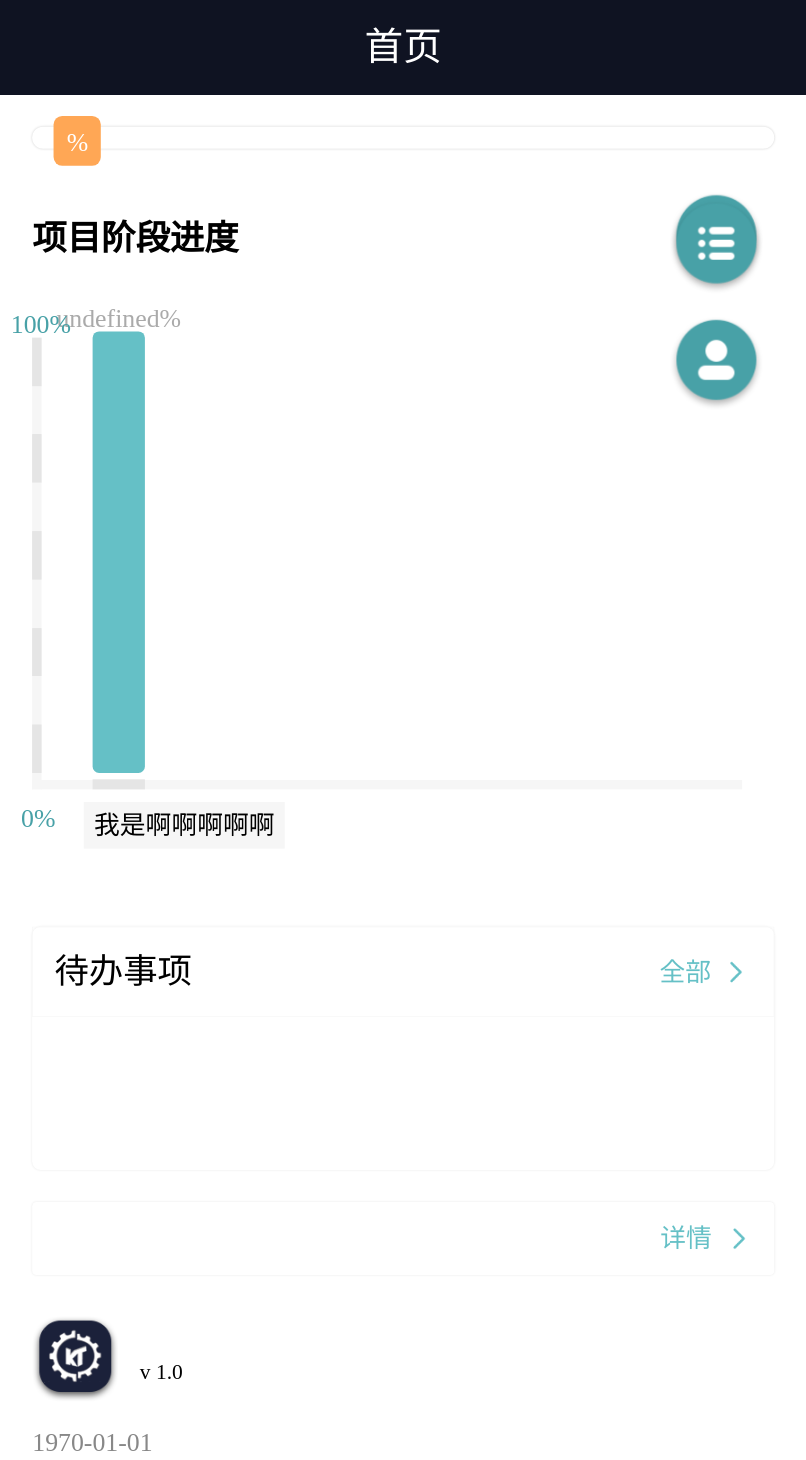
Repository: 421538074/idash.top
Page: index.html
These files come from the project's save history. The page is drawn as it stood at one moment and after the next save; the edit follows.
The browser window is 1280 px wide. The pictures show the whole page, at 63% of full size.
The page's requests for data from a server got no answer.

Above is the page before, as saved 2019-05-20 17:23:50.

### index.html
<!DOCTYPE html>
<html lang="en">

<head>
    <meta charset="UTF-8">
    <meta content="width=device-width, initial-scale=1.0, maximum-scale=1.0, user-scalable=0;" name="viewport" />
    <meta http-equiv="X-UA-Compatible" content="ie=edge">
    <title>客户查询系统</title>
    <link rel="stylesheet" href="css/components.css">
    <link rel="stylesheet" href="css/reset.css">
    <link rel="stylesheet" href="css/index.css?v=1.0.0">
</head>

<body>
    <div id="app" v-cloak>
        <div class="index_header">
            <span>首页</span>
        </div>
        <cy-bar :num="rate +'%'"></cy-bar>
        <div class="sheet">
            <h4>项目阶段进度</h4>
            <div id="project-progress">
                <cp-cylind :percent-list="percentList" @go-detail="goDetail(arguments)"></cp-cylind>
            </div>
        </div>

        <div class="nav">
            <div class="nav_top">
                <p v-cloak>待办事项</p>
                <div class="nav_top_more" @click="projectDetail">
                    <span>全部</span>
                    <img src="img/右.png" alt="">
                </div>
            </div>
            <div class="nav_bot">
                <ul class="uu">
                    <li class="lis" v-for="(item,index) in arr">
                        <span></span>
                        <span class="liSpan" v-cloak>【{{item.process}}】<i>{{item.handle_status==1?"待处理":"完成"}}</i>-{{item.question}}</span>
                    </li>
                </ul>
                <div class="index_one">暂无待办事项</div>
            </div>
        </div>
        <div class="project-info-wrapper">
            <p class="project-title" v-cloak>{{title}}</p>
            <a href="javascript:;" @click="goInfo" class="project-detail">详情</a>
            <img src="img/右.png" class="arrow-right">
        </div>
        <div class="content">
            <div class="content_logo">
                <img src="img/logo.png" alt="">
                <span>v 1.0</span>
            </div>
            <p v-cloak>{{title}}</p>
            <p v-cloak>{{end_time | filterTime}}</p>

        </div>

        <div class="content_title" @click="requireChange">
        </div>
        <div class="content_btn">
            <p @click="goIndex"></p>
            <p @click="goUser"></p>
        </div>
    </div>
</body>
<script src="js/jquery.min.js"></script>
<script src="js/development/vue.js"></script>
<script src="js/components.js"></script>
<script src="js/api.js"></script>
<script src="js/index.js"></script>
<script src="http://res.wx.qq.com/open/js/jweixin-1.2.0.js"></script>
</html>

### css/components.css
* {
    -webkit-box-sizing: border-box;
    box-sizing: border-box;
}

[v-cloak] {
    display: none;
}

html,
body {
    font-size: calc(100vw / 25);
    background-color: #FFFFFF;
}

/**
*根组件app
*/
.container {
    padding: 1rem;
    line-height: 1rem;
}

/**
*返回键
*/
button.cp-back {
    border: none;
    background: url(../img/back1.png) no-repeat;
    background-size: 100%;
    width: 4rem;
    height: 4rem;
    display: -webkit-box;
    display: -ms-flexbox;
    display: flex;
    -webkit-box-align: center;
    -ms-flex-align: center;
    align-items: center;
    -webkit-box-pack: center;
    -ms-flex-pack: center;
    justify-content: center;
    position: fixed;
    left: 1rem;
    bottom: 1rem;
    outline: 0;
}

/**
*tab页
*/
ul.cp-tabbar {
    display: block;
    overflow-x: scroll;
    overflow-y: hidden;
    white-space: nowrap;
}

ul.cp-tabbar::-webkit-scrollbar {
    width: 0;
    height: 0;
}

li.cp-tabbar-item {
    background: #f6f6f6;
    color: #888888;
    padding: 0.8rem 1.2rem;
    border-radius: 0.5rem;
    font-size: 1rem;
    display: inline-block;
}

li.cp-tabbar-item.active {
    background: #65c0c6;
    color: #FFFFFF;
}

li.cp-tabbar-item:not(:first-child) {
    margin-left: 1rem;
}

/**
*项目列表
*/
ul.cp-list::-webkit-scrollbar {
    width: 0;
    height: 0;
}

ul.cp-list {
    height: calc(100vh - 5.2rem);
    overflow: scroll;
    margin-top: 0.2rem;
    padding: 0.2rem;
}

li.cp-list-item {
    display: -webkit-box;
    display: -ms-flexbox;
    display: flex;
    -webkit-box-align: center;
    -ms-flex-align: center;
    align-items: center;
}

img.item-icon {
    width: 2.5em;
}

li.cp-list-item.arrow-right {
    background: url(../img/arrow-right.png) no-repeat;
    background-position: 98%;
    background-size: 0.8em;
    padding: 1em 0.5em;
    -webkit-box-shadow: 0 0 4px 0 rgba(0, 0, 0, 0.20);
    box-shadow: 0 0 4px 0 rgba(0, 0, 0, 0.20);
    border-radius: 0.5em;
    margin-top: 1em;
}

li.cp-list-item:active {
    background-color: #f6f6f6;
}

p.item-title {
    font-size: 1.2em;
    padding-left: 1em;
    overflow: hidden;
    text-overflow: ellipsis;
    line-height: 1.5em;
    white-space: nowrap;
    padding-right: 1em;
}

/**
*柱形图
*/
.cp-cylind {
    width: 100%;
    height: 14em;
    position: relative;
    border: 0.3em solid #f6f6f6;
    border-top: 0;
    border-right: 0;
    border-color: #f6f6f6;
}

.cp-cylind-bottom {
    position: absolute;
    line-height: 0;
    height: 0.3em;
    bottom: -0.2em;
    width: 100%;
}

.cp-cylind-bottom-thumb {
    width: 8%;
    background-color: #e5e5e5;
    height: 100%;
    display: inline-block;
    margin-left: 6%;
}

.cp-cylind-left {
    height: 100%;
    width: 0.3em;
    position: absolute;
    left: -0.3em;
    top: 0;
}

.cp-cylind-left-thumb {
    width: 100%;
    height: 1.5em;
    margin-bottom: 1.5em;
    background: #e5e5e5;
    display: block;
}

span.cp-cylind-per-top {
    position: absolute;
    left: -1.2em;
    z-index: 11;
    top: -1em;
    color: #48A1A7;
    font-size: 0.8em;
    line-height: 1em;
}

span.cp-cylind-per-bottom {
    position: absolute;
    bottom: -2em;
    left: -0.8em;
    color: #48A1A7;
    font-size: 0.8em;
    line-height: 1em;
}

.cp-cylind-chart-scroll-container {
    height: 17em;
    top: -1em;
    position: relative;
    overflow: hidden;
    overflow-x: scroll;
    white-space: nowrap;
}

.cp-cylind-chart-item {
    display: inline-block;
    width: 10%;
    margin-left: 6%;
    height: 100%;
    text-align: center;
}

.cp-cylind-item-percent {
    height: 100%;
    background: #65C0C6;
    width: 75%;
    border-radius: 0.2em;
}

.cp-cylind-item-container {
    height: 14.5em;
    display: flex;
    flex-direction: column;
    justify-content: flex-end;
    align-items: center;
}

.cp-cylind-thumb {
    width: 75%;
    height: 0.3em;
    background: #e5e5e5;
    margin: 0 auto;
    margin-top: 0.2em;

}

.cp-cylind-chart-scroll-container::-webkit-scrollbar {
    width: 0;
    height: 0;
}

.cp-cylind-item-title {
    display: inline-block;
    background: #F6F6F6;
    padding: 0.4em;
    font-size: 0.8em;
    margin-top: 0.5em;
}

span.cp-cylind-item-percent-title {
    font-size: 0.8em;
    color: #AAAAAA;
}

span.cp-cylind-item-percent-title.not-full {
    color: #000000;
}

### css/reset.css
/* http://meyerweb.com/eric/tools/css/reset/
   v2.0 | 20110126
   License: none (public domain)
*/

html,
body,
div,
span,
applet,
object,
iframe,
h1,
h2,
h3,
h4,
h5,
h6,
p,
blockquote,
pre,
a,
abbr,
acronym,
address,
big,
cite,
code,
del,
dfn,
em,
img,
ins,
kbd,
q,
s,
samp,
small,
strike,
strong,
sub,
sup,
tt,
var,
b,
u,
i,
center,
dl,
dt,
dd,
ol,
ul,
li,
fieldset,
form,
label,
legend,
table,
caption,
tbody,
tfoot,
thead,
tr,
th,
td,
article,
aside,
canvas,
details,
embed,
figure,
figcaption,
footer,
header,
hgroup,
menu,
nav,
output,
ruby,
section,
summary,
time,
mark,
audio,
video {
	margin: 0;
	padding: 0;
	border: 0;
	font-size: 100%;
	font: inherit;
	vertical-align: baseline;
}

/* HTML5 display-role reset for older browsers */
article,
aside,
details,
figcaption,
figure,
footer,
header,
hgroup,
menu,
nav,
section {
	display: block;
}

body {
	line-height: 1;
}

ol,
ul {
	list-style: none;
}

blockquote,
q {
	quotes: none;
}

blockquote:before,
blockquote:after,
q:before,
q:after {
	content: '';
	content: none;
}

table {
	border-collapse: collapse;
	border-spacing: 0;
}




* {
	padding: 0;
	margin: 0;
	list-style: none;
}

html,
body {
	-moz-user-select: none;
	-khtml-user-select: none;
	user-select: none;
	background: white;
}

body,
html {
	font-size: calc(100vw / 3.75);
}


[v-cloak] {
	display: none;
}

### css/index.css
.index_header {
    height: 0.44rem;
    font-size: 0.18rem;
    color: white;
    text-align: center;
    line-height: 0.44rem;
    background: #0F1322;
    position: fixed;
    top: 0;
    width: 100%;
    z-index: 111;
}


/* 图表 */
.sheet {
    width: 3.6rem;
    height: 3.31rem;
}

.nav {
    width: 3.45rem;
    height: 1.13rem;
    background: rgba(255, 255, 255, 1);
    box-shadow: 0px 0px 4px 0px rgba(0, 0, 0, 0.1);
    border-radius: 0.04rem;
    margin: 0 auto;
}

.nav_top {
    height: 0.42em;
    display: flex;
    align-items: center;
    justify-content: space-between;
    border: 1px solid #F6F6F6;
}

.nav_top p {
    font-size: 0.16rem;
    font-family: PingFangSC-Medium;
    font-weight: 500;
    color: rgba(0, 0, 0, 1);
    line-height: 0.22rem;
    margin-left: 0.1rem;
}

.nav_top_more {
    font-size: 0.12rem;
    margin-right: 0.11rem;
    display: flex;
    align-items: center;
}

.nav_top_more span {
    font-size: 0.12rem;
    font-family: PingFangSC-Regular;
    font-weight: 400;
    color: rgba(101, 192, 198, 1);
    line-height: 0.17rem;
    margin-right: 0.04rem;
}

.nav_top_more img {
    width: 0.14rem;
    height: 0.14rem;
}


.nav_bot ul {
    padding: 0.1rem 0 0 0.1rem;
}

.nav_bot ul li {
    font-size: 0.14rem;
    font-family: PingFangSC-Regular;
    font-weight: 400;
    color: rgba(136, 136, 136, 1);
    line-height: 0.2rem;
    margin-bottom: 0.1rem;
    display: flex;
    align-items: center;
}

.nav_bot ul li span:nth-child(1) {
    display: inline-block;
    width: 0.08rem;
    height: 0.08rem;
    background: rgba(255, 167, 85, 1);
    border-radius: 0.02rem;
    margin-right: 0.1rem;
}

/* content */
.content {
    margin: 0.19rem 0 0 0.15rem;
}

.content_logo {
    font-size: 0.1rem;
    position: relative;
    height: 0.4rem;
}

.content_logo img {
    width: 0.4rem;
    height: 0.4rem;
    border-radius: 0.06rem;
}

.content_logo span {
    font-size: 0.1rem;
    font-family: PingFangSC-Regular;
    font-weight: 400;
    color: rgba(0, 0, 0, 1);
    line-height: 0.14rem;
    position: absolute;
    top: 0.19rem;
    left: 0.5rem;
}

.content p:nth-child(2) {
    font-size: 0.16rem;
    font-family: PingFangSC-Regular;
    font-weight: 400;
    color: rgba(0, 0, 0, 1);
    line-height: 0.25rem;
    margin-top: 0.1rem;
}

.content p:nth-child(3) {
    font-size: 0.12rem;
    font-family: PingFangSC-Regular;
    font-weight: 400;
    color: #888888;
    line-height: 0.17rem;
}

.content_pre {
    background: #ffffff;
    box-shadow: 0 0 4px 0 rgba(0, 0, 0, 0.20);
    border-radius: 0.27rem;
    width: 3.45rem;
    height: 0.1rem;
    /* position: relative; */
    /* display: flex; */

}

.content_bar {
    width: 0%;
    height: 0.1rem;
    border-radius: 0.1rem;
    background: #86d4d9;
    border-radius: 0.27rem;
    float: left;
}

.content_bot {
    display: flex;
    margin: 0.59rem 0.15rem 0.31rem 0.15rem;
}

.content_bot span {
    font-size: 0.12rem;
    font-family: PingFangSC-Medium;
    font-weight: 500;
    color: white;
    margin: 0 0 0 0.1rem;
    float: left;
    background: #ffa755;
    border-radius: 0.04rem;
    text-align: center;
    line-height: 0.2rem;
    padding: 0.02rem 0.06rem 0.01rem 0.06rem;
    position: relative;
    top: -0.05rem;
}

.content_btn {
    position: fixed;
    right: 0.2rem;
    bottom: 0.2rem;
}

.content_btn p:nth-child(1) {
    width: 0.44rem;
    height: 0.44rem;
    background: url(../img/下拉.png)no-repeat;
    background-size: 100% 100%;
}

.content_btn p:nth-child(2) {
    width: 0.44rem;
    height: 0.44rem;
    background: url(../img/个人信息.png)no-repeat;
    background-size: 100% 100%;
    margin-top: 0.1rem;
}

.content_title {
    width: 0.44rem;
    height: 0.44rem;
    background: url(../img/文件.png)no-repeat;
    background-size: 100% 100%;
    position: fixed;
    right: 0.2rem;
    top: 0.89rem;
}


div#project-progress {
    font-size: calc(100vw / 25);
    padding: 1em;
}

.sheet h4 {
    font-size: 0.16rem;
    font-family: PingFangSC-Medium;
    font-weight: 600;
    color: rgba(0, 0, 0, 1);
    line-height: 0.22rem;
    margin: 0 0 0.2rem 0.15rem;
}

.uu .lis .liSpan i {
    color: red;
}

.liSpan {
    width: 2.5rem;
    overflow: hidden;
    text-overflow: ellipsis;
    white-space: nowrap;
}


.index_one {
    font-size: 0.16rem;
    color: gray;
    text-align: center;
    margin-top: 0.22rem;
    display: none;
}


.infor {
    font-family: PingFangSC-Regular;
    font-size: 0.12rem;
    color: #ffffff;
    text-align: left;
    background: #ffa755;
    border-radius: 0.04rem;
    padding: 0.02rem 0.06rem;
    margin-right: 0.07rem;
}
.project-info-wrapper {
    display: flex;
    align-items: center;
    justify-content: space-between;
    box-shadow: 0px 0px 4px 0px rgba(0, 0, 0, 0.1);
    padding: 0.1rem;
    margin: 0.15rem;
    border-radius: 0.02rem;
}
p.project-title {
    color: #000000;
    font-size: 0.16rem;
}
a.project-detail {
    font-size: 0.12rem;
    font-family: PingFangSC-Regular;
    font-weight: 400;
    color: rgba(101, 192, 198, 1);
    line-height: 0.17rem;
    margin-right: 0.04rem;
    text-decoration: none;
    position: absolute;
    right: 0.4rem;
}
img.arrow-right {
    width: 0.14rem;
    height: 0.14rem;
}

### js/components.js
//返回键
const backButton = {
    name: 'cp-back',
    template: `
        <button class="cp-back" @click="goBack"></button>
    `,
    methods: {
        goBack() {
            history.go(-1);
        }
    }
};

//tab页
const tabBar = {
    name: 'cp-tabbar',
    props: ['bar-list'],
    template: `
        <ul class="cp-tabbar">
            <li v-for="(item,index) in barList" v-cloak :key="item.id" @click="switchTab(index,item.id)" :class="{'cp-tabbar-item':true,active:index == currentIndex}"> {{item.process}} </li>
        </ul>
    `,
    data() {
        return {
            currentIndex: 0,
        }
    },
    methods: {
        switchTab(index, id) {
            console.log(index)
            if (index != this.currentIndex) {
                this.currentIndex = index;
                this.$emit('get-list', id);
            }
        }
    },
    created() {
        if (sessionStorage.getItem('numId') == null) {
            this.currentIndex = 0
        } else {
            this.currentIndex = sessionStorage.getItem('numId')
        }

    }
}


//列表
const itemList = {
    name: 'cp-itemlist',
    props: ['item-list', 'icon'],
    template: `
        <ul class="cp-list">
            <li @click="getDetail(item.id,$event)" v-for="(item,index) in itemList" class="cp-list-item arrow-right">
                <img :src="icon" class="item-icon"/>
                <p v-cloak class="item-title">{{item.title}}</p>
            </li>
        </ul>
    `,
    data() {
        return {
            tempList: this.itemList
        }
    },
    methods: {
        getDetail(itemId) {

        }
    },
    watch: {
        tempList() {
            this.$emit('scroll-to-top', document.querySelector('.cp-list'));
        }
    },
}

//柱形图
const cylindricalGraph = {
    name: 'cp-cylind',
    props: ['percentList'],
    template: `
        <div class="cp-cylind">
            <span class="cp-cylind-per-top">100%</span>
            <div class="cp-cylind-chart-scroll-container">
                <div class="cp-cylind-chart-item" v-for="(item,index) in percentList">
                    <div class="cp-cylind-item-container">
                        <span class="cp-cylind-item-percent-title" :class="{'not-full':parseInt(item.percent) < 100}" v-cloak>{{item.percent+'%'}}</span>
                        <div class="cp-cylind-item-percent" :style="item.percent+'%' | filterHeight"></div>
                    </div>
                    <div class="cp-cylind-thumb"></div>
                    <div @click="goDetail(item.id,index)" class="cp-cylind-item-title" v-cloak>{{item.process}}</div>
                </div>
            </div>
            <div class="cp-cylind-left">
                <div v-for="n in 5" class="cp-cylind-left-thumb"></div>
            </div>
            <span class="cp-cylind-per-bottom">0%</span>
        </div>
    `,
    data() {
        return {

        }
    },
    methods: {
        goDetail(id, index) {
            this.$emit("go-detail", id, index)
        }
    },
    filters: {
        filterHeight(chartHeight) {
            if (chartHeight == '0%') {
                chartHeight = '2%';
            }
            return {
                height: `${chartHeight}`
            }
        }
    }
}





// 进度条
const projectBar = {
    name: 'cy-bar',
    props: ['num'],
    template: `
    <div class="content_bot">
        <div class="content_pre">
            <div class="content_bar"  :style="num | filterWidth"></div>
            <span>{{num}}</span>
        </div>
    </div>
    `,
    data() {
        return {}
    },
    filters: {
        filterWidth(chartWidth) {
            if (chartWidth == '0%') {
                chartWidth = '0%';
            }
            return {
                width: `${chartWidth}`
            }
        }
    }
}


// indexList
const Bar = {
    name: 'cy-bar',
    props: ['bar'],
    template: `
    <div class="process_wrap">
        <div class="process">
            <div class="bar"  :style="bar | filterWidth"></div>
            <span class="per">{{bar}}</span>
        </div>
    </div>
    `,
    data() {
        return {}
    },
    filters: {
        filterWidth(chartWidth) {
            if (chartWidth == '0%') {
                chartWidth = '0%';
            }
            return {
                width: `${chartWidth}`
            }
        }
    },
}



// projectDetail
const project = {
    name: 'cy-project',
    props: ['bar'],
    template: `
    <div class="project_per">
            <div class="bar"  :style="bar | filterWidth"></div>
            <span >{{bar}}</span>
    </div>
    `,
    data() {
        return {}
    },
    filters: {
        filterWidth(chartWidth) {
            if (chartWidth == '0%') {
                chartWidth = '0%';
            }
            return {
                width: `${chartWidth}`
            }
        }
    },
}



























































//===================================other functoin=====================================
/**
 * 滚动到顶部方法
 */
function scrollToTop(e) {
    const scrollTop = e.scrollTop;
    const interval = setInterval(function () {
        if (e.scrollTop <= 0) {
            clearInterval(interval);
            return;
        }
        e.scrollTop -= scrollTop / 5;
    }, 20);
}

### js/api.js
var api = "http://program.pzhkj.cn/index/api/kangtian"





function getUrlKey(name) {
    return decodeURIComponent((new RegExp('[?|&]' + name + '=' + '([^&;]+?)(&|#|;|$)').exec(location.href) || [, ""])[1].replace(/\+/g, '%20')) || null
}

### js/index.js
var xm = new Vue({
    el: "#app",
    data: {
        id: '',
        title: '',
        start_time: '',
        end_time: '',
        demand: '',
        graph: '',
        design: '',
        fronted: '',
        backer: '',
        test: '',
        check: '',
        percentList: [{process:'我是啊啊啊啊啊'}],
        rate: '',
        arr: '',
        staus: ['需求', '原型', '设计', '前端', '后台', '测试', '验收']
    },
    methods: {
        goUser() {
            window.location.href = "userInfo.html"
        },
        goIndex() {
            window.location.href = "indexList.html"
        },
        projectDetail() {
            var Pid = this.percentList[0].id
            if (getUrlKey('program_id') == null) {
                this.program_id = 10
            } else {
                this.program_id = getUrlKey('program_id')
            }
            window.location.href = `projectDetail.html?program_id=${this.program_id}&process_id=${Pid}`
        },
        requireChange() {
            if (getUrlKey('program_id') == null) {
                this.program_id = 10
            } else {
                this.program_id = getUrlKey('program_id')
            }
            window.location.href = `projectDetail1.html?program_id=${this.program_id}`
        },

        goDetail(id) {
            var process_id = id[0]
            var ids = id[1]
            sessionStorage.setItem('numId', ids)
            console.log(id[1])
            window.location.href = `projectDetail.html?program_id=${this.program_id}&process_id=${process_id}`
        },
        goInfo() { //跳转项目信息
            window.location.href = "info.html?program_id=" + getUrlKey('program_id')
        }
    },
    components: {
        "cp-cylind": cylindricalGraph,
        "cy-bar": projectBar,
    },
    filters: {
        filterTime(time) {
            var date = new Date(time * 1000);
            var year = date.getFullYear();
            var month = date.getMonth() + 1;
            var day = date.getDate();
            if (month < 10) {
                month = "0" + month;
            }
            if (day < 10) {
                day = "0" + day;
            }
            return year + "-" + month + "-" + day;
        }
    },
    created() {
        if (getUrlKey('program_id') == null) {
            this.program_id = 10
        } else {
            this.program_id = getUrlKey('program_id')
        }
        var that = this
        $.ajax({
            type: "post",
            url: `${api}/index/api/myProgram`,
            async: true,
            data: {
                program_id: this.program_id,
            },
            dataType: 'json',
            success: function (res) {
                console.log(res)
                that.percentList = res.data.process  //需求

                that.arr = res.data.backlog
                that.title = res.data.title
                that.start_time = res.data.start_time
                that.end_time = res.data.end_time
                that.demand = res.data.demand
                that.graph = res.data.graph
                that.design = res.data.design
                that.fronted = res.data.fronted
                that.backer = res.data.backer
                that.test = res.data.test
                that.check = res.data.check
                if (that.demand == null && that.graph == null &&
                    that.design == null && that.fronted == null &&
                    that.backer == null && that.test == null &&
                    that.check == null
                ) {
                    that.demand = 0
                    that.graph = 0
                    that.design = 0
                    that.fronted = 0
                    that.backer = 0
                    that.test = 0
                    that.check = 0
                }
                that.rate = res.data.rate

                if (that.content == '' || null) {
                    $('.lis').css("display", "none")
                }
                if (that.question == '' || null) {
                    $('.lis1').css("display", "none")
                }
                if (res.data.backlog.length == 0) {
                    $('.index_one').css("display", "block")
                }

            },
            error: function (res) {
                console.log(res)
            }
        });
    }
})

Loaded but not shown: js/jquery.min.js (library); js/development/vue.js (library)

After the next save:
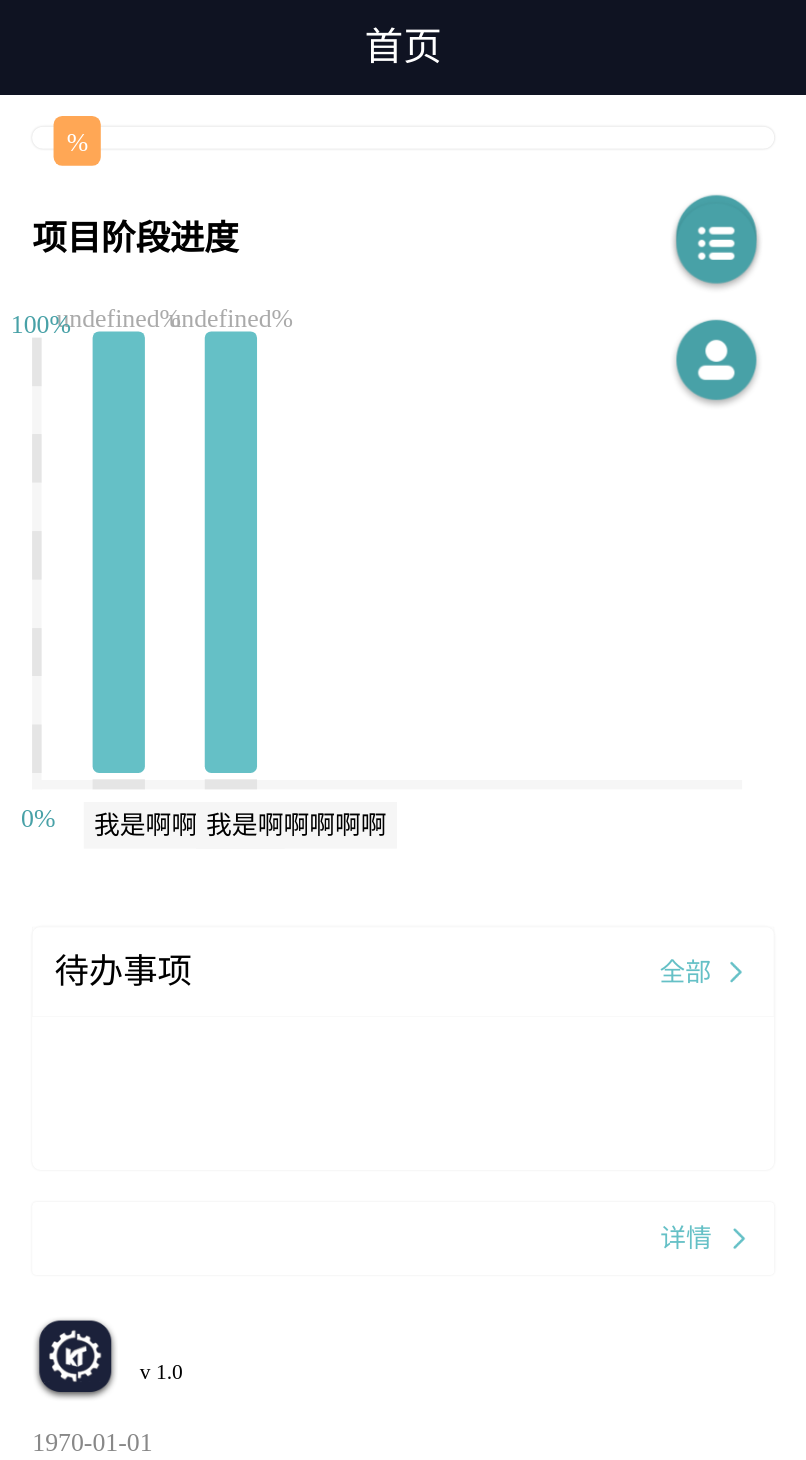
Saved 13 s later.
--- a/js/index.js
+++ b/js/index.js
@@ -12,7 +12,7 @@ var xm = new Vue({
         backer: '',
         test: '',
         check: '',
-        percentList: [{process:'我是啊啊啊啊啊'}],
+        percentList: [{process:'我是啊啊啊啊啊'},{process:'我是啊啊啊啊啊'}],
         rate: '',
         arr: '',
         staus: ['需求', '原型', '设计', '前端', '后台', '测试', '验收']
